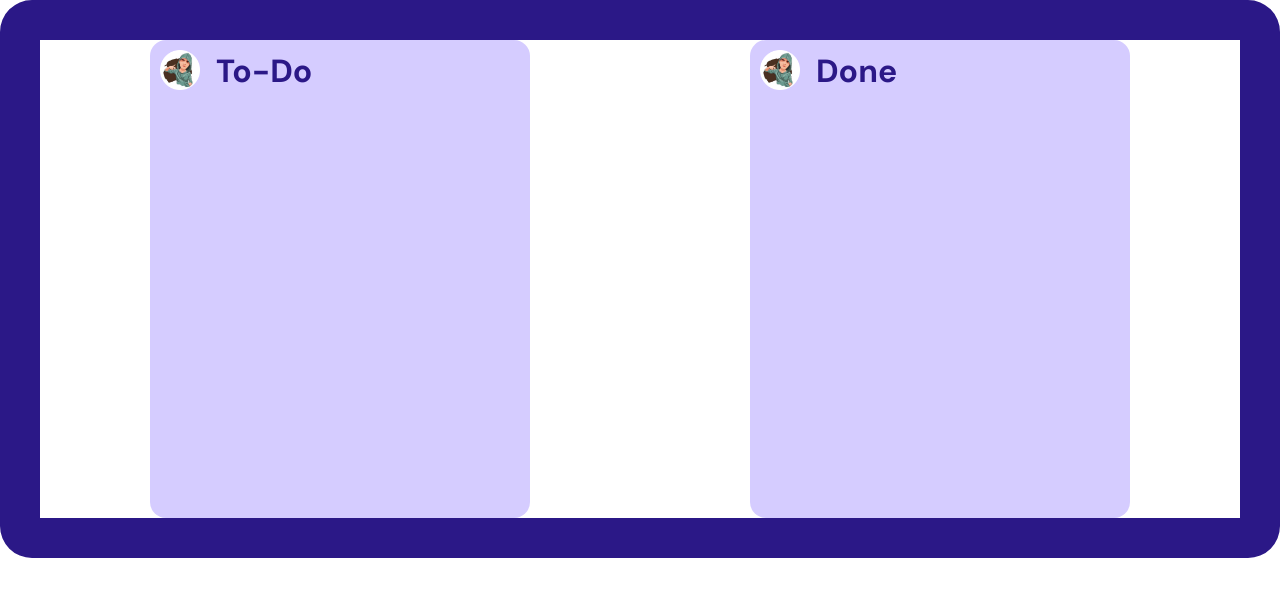
Repository: VitasYo/Kanban
Page: index.html
An editor plug-in stored every save of this project. The page is shown before and after a run of saves, followed by the edit.
The browser window is 1280 px wide. The pictures show the whole page.

Above is the page before, as saved 2024-04-14 22:17:21.

### index.html
<!DOCTYPE html>
<html lang="en">
<head>
  <meta charset="UTF-8">
  <meta name="viewport" content="width=device-width, initial-scale=1.0">
  <link rel="stylesheet" href="./src/assets/css/index.css">
  <title>To-Do-List-Kanban</title>
</head>
<body>
  <main class="kanban">
    <section class="kanban__column kanban__column--to-do">
      <div class="kanban__title_and_icon">
        <img height=40 width=40 src="src/assets/img/Avatar.jpg" alt="Аватар">
        <h2 class="kanban__title">To-Do</h2>
      </div>

    </section>

    <section class="kanban__column kanban__column--done">
      <div class="kanban__title_and_icon">
        <img height=40 width=40 src="src/assets/img/Avatar.jpg" alt="Аватар">
        <h2 class="kanban__title">Done</h2>
      </div>
    </section>
  </main>
  </body>
<script src="./src/assets/js/index.js"></script>
</html>

### src/assets/css/index.css
@import url('https://fonts.googleapis.com/css2?family=DM+Sans:opsz,wght@9..40,100;9..40,200;9..40,300;9..40,400;9..40,500;9..40,600;9..40,700;9..40,800;9..40,900;9..40,1000&display=swap');
@import './component/_kanban.css';
@import './_media.css';



* {
  font-family: 'DM Sans', sans-serif;
}

* {
  box-sizing: border-box;
  margin: 0;
  padding: 0;
}

body {
  font-family: 'Arial', sans-serif;
  background-color: white;
  color: white;
  display: flex;
  flex-direction: column;
  min-height: 100vh;
}


.header__title,
.footer__text {
  margin: 0;
  padding: 10px 0;
}

.container {
  width: 100%;
  padding-right: 15px;
  padding-left: 15px;
  margin-right: auto;
  margin-left: auto;
}

### src/assets/css/component/_kanban.css
.kanban {
    display: flex;
    flex-wrap: wrap;
    justify-content: space-around;
    flex-grow: 1;
    flex: 0 0 100%;
    border-radius: 32px;
    border: 40px solid #2B1887;
}

.kanban__column {
    flex: 0 0 100%;
    height: 478px;
    background-color: #D5CCFF;
    border-radius: 16px;
    padding: 10px;

}

.kanban__title {
    color: #2B1887;
    font-size: 32px;
    margin-bottom: 24px;
    padding-left: 16px;
}

.kanban__title_and_icon {
    display: flex;
}

### src/assets/css/_media.css
@media (min-width: 576px) {
    .container {
        max-width: 540px;
    }
}

@media (min-width: 768px) {
    .container {
        max-width: 720px;
    }
}

@media (min-width: 992px) {
    .container {
        max-width: 960px;
    }
}

@media (min-width: 1200px) {
    .container {
        max-width: 1140px;
    }
}

@media (min-width: 1400px) {
    .container {
        max-width: 1320px;
    }
}

@media screen and (min-width: 640px) {
    .kanban__column {
        flex: 0 0 calc(33.333% - 20px);
    }
}

Loaded but not shown: src/assets/js/index.js (no stored copy; drawn as an empty file)

After the next 3 saves:
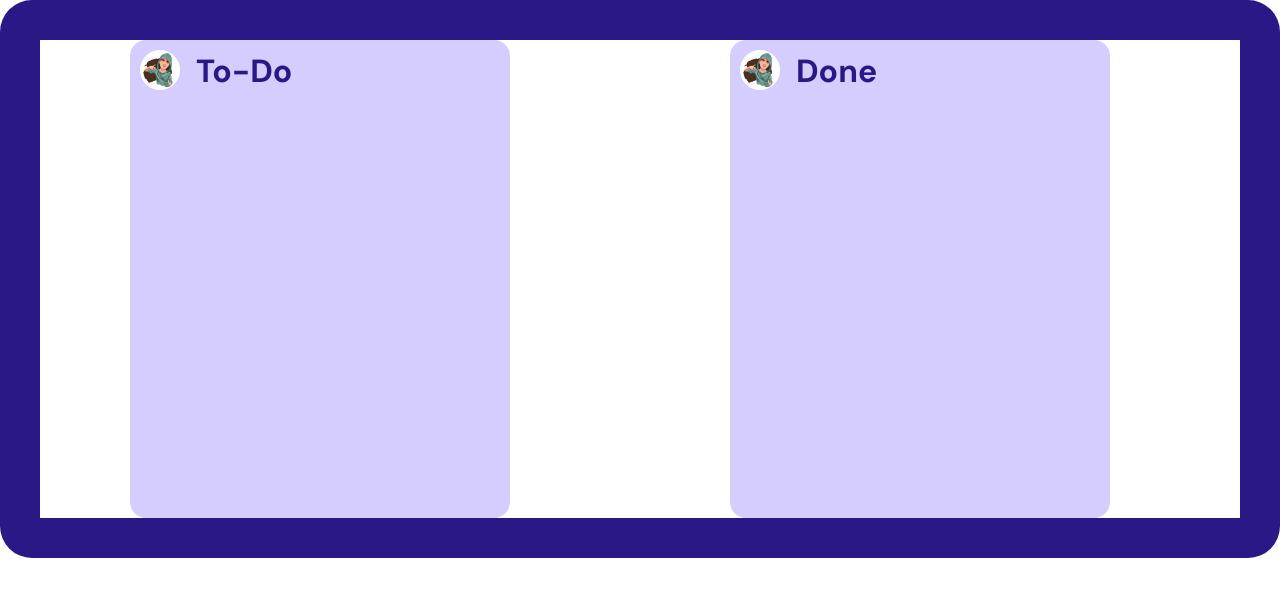
The 3 saves are shown as one change because they came seconds apart.
The last was saved 56 s later.
--- a/src/assets/css/component/_kanban.css
+++ b/src/assets/css/component/_kanban.css
@@ -14,6 +14,7 @@
     background-color: #D5CCFF;
     border-radius: 16px;
     padding: 10px;
+    margin-right: 40px;
 
 }
 

After the save that followed:
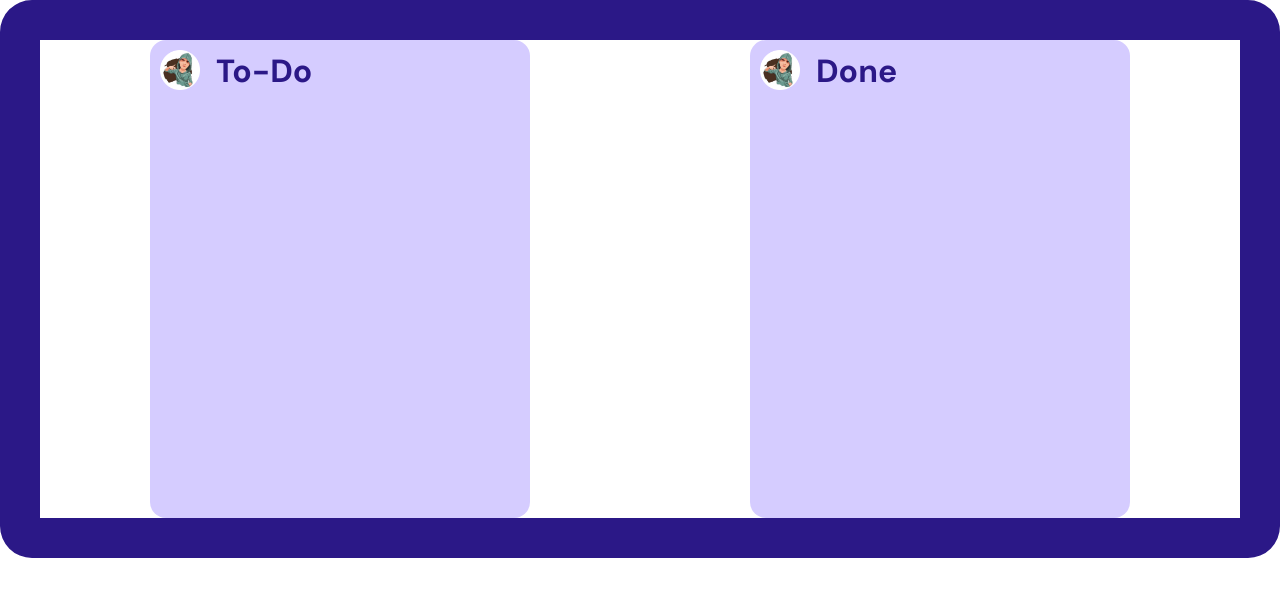
Saved 8 s later.
--- a/src/assets/css/component/_kanban.css
+++ b/src/assets/css/component/_kanban.css
@@ -14,7 +14,6 @@
     background-color: #D5CCFF;
     border-radius: 16px;
     padding: 10px;
-    margin-right: 40px;
 
 }
 
